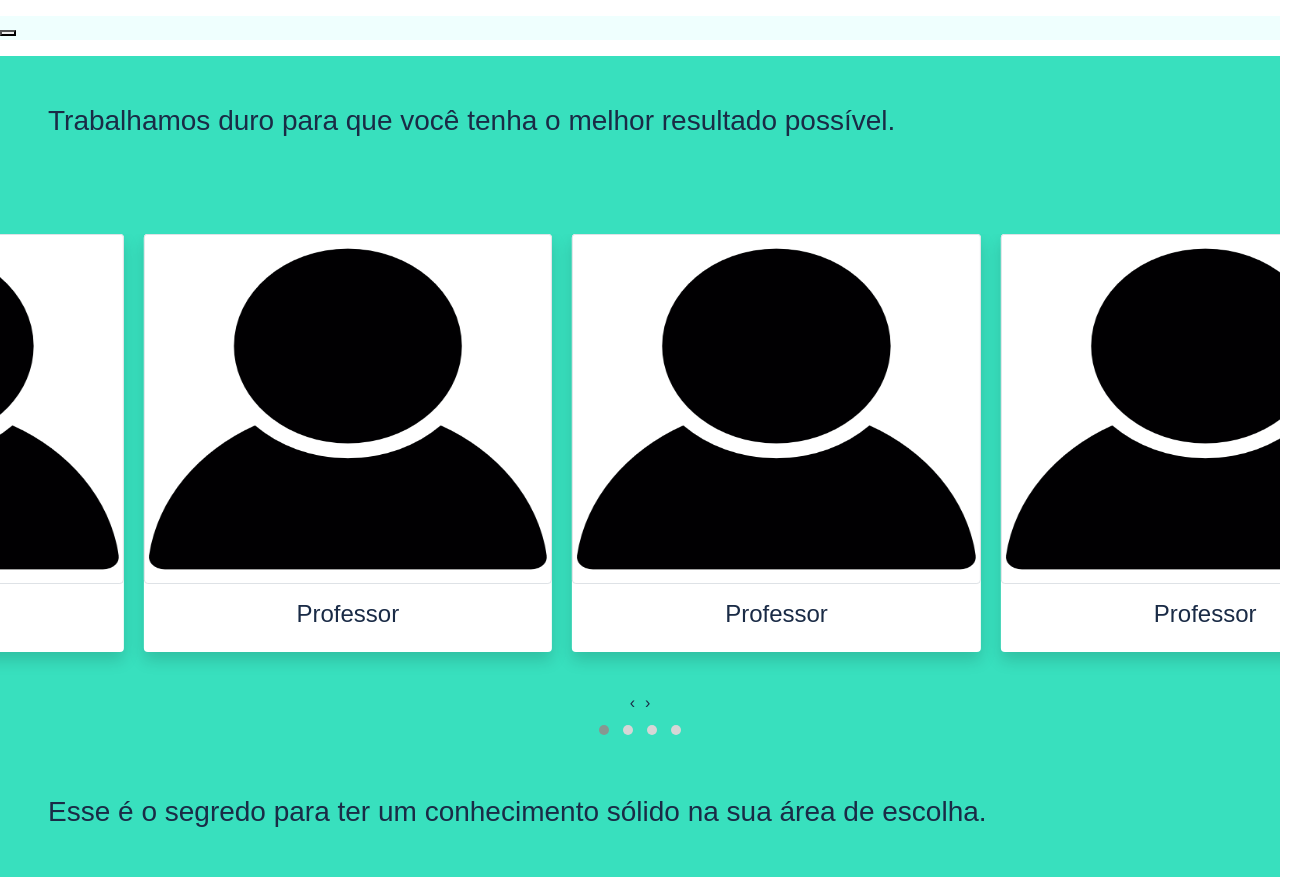
Repository: MarTech-Coders-Planejamento/site-oficial
Page: home.html
These files come from the project's save history. The page is drawn as it stood at one moment and after the next save; the edit follows.
The browser window is 1280 px wide. The page is 1292 px wide, so the pictures cover 1292 px, including what lies to the right of the window. The pictures show the whole page.
Some web fonts or font styles are not loaded; a fallback is used.

Above is the page before, as saved 2021-10-22 23:59:06.

### home.html
<!DOCTYPE html>
<html lang="pt-BR">
  <head>
    <meta charset="UTF-8" />
    <meta http-equiv="X-UA-Compatible" content="IE=edge" />
    <meta name="viewport" content="width=device-width, initial-scale=1.0" />
    <!--Fonts Google-->
    <link
      href="https://fonts.googleapis.com/css2?family=Tomorrow:wght@300;400;700&display=swap"
      rel="stylesheet"
    />

    <!-- Bootstrap CSS -->
    <link
      href="https://cdn.jsdelivr.net/npm/bootstrap@5.1.2/dist/css/bootstrap.min.css"
      rel="stylesheet"
      integrity="sha384-uWxY/CJNBR+1zjPWmfnSnVxwRheevXITnMqoEIeG1LJrdI0GlVs/9cVSyPYXdcSF"
      crossorigin="anonymous"
    />

    <!-- Styles -->
    <link rel="stylesheet" href="./css/home.css" />
    <link
      rel="stylesheet"
      href="https://cdnjs.cloudflare.com/ajax/libs/OwlCarousel2/2.3.4/assets/owl.carousel.min.css"
      integrity="sha512-tS3S5qG0BlhnQROyJXvNjeEM4UpMXHrQfTGmbQ1gKmelCxlSEBUaxhRBj/EFTzpbP4RVSrpEikbmdJobCvhE3g=="
      crossorigin="anonymous"
    />
    <link
      rel="stylesheet"
      href="https://cdnjs.cloudflare.com/ajax/libs/OwlCarousel2/2.3.4/assets/owl.theme.default.min.css"
      integrity="sha512-sMXtMNL1zRzolHYKEujM2AqCLUR9F2C4/05cdbxjjLSRvMQIciEPCQZo++nk7go3BtSuK9kfa/s+a4f4i5pLkw=="
      crossorigin="anonymous"
    />

    <title>Home</title>
  </head>
  <body>
    <div class="container-fluid">
      <!--cabeçalho fluido-->
      <header>
        <nav></nav>
      </header>
      <main>
        <section class="bg-one">
          <!--dobra1-->
          <article>
            <header></header>
            <h1></h1>
            <p></p>
            <figure></figure>
            <button></button>
          </article>
        </section>
        <section class="bg-two">
          <!--dobra2-->
          <article>
            <h2></h2>
            <p></p>
            <figure></figure>
          </article>
        </section>
        <section class="bg-one">
          <!--dobra3-->
          <article>
            <header></header>
            <p></p>
            <figure></figure>
          </article>
        </section>
        <section class="bg-two">
          <!--dobra4-->
          <p class='h3 p-5 '>
            Trabalhamos duro para que você tenha o melhor resultado possível.
          </p>
          <div class="row mt-5">
            <div id='slider-container' class="col-12">
              <div class="owl-carousel owl-theme">
                <div class="item mb-4">
                  <div class="card border-0 shadow">
                    <img src="/image/person.png" alt="" class="card-img-top img-thumbnail" />
                    <div class="card-body">
                      <div class="card-title text-center">
                        <h4>Professor</h4>
                      </div>
                    </div>
                  </div>
                </div>

                <div class="item">
                  <div class="card border-0 shadow">
                    <img src="/image/person.png" alt="" class="card-img-top img-thumbnail" />
                    <div class="card-body">
                      <div class="card-title text-center">
                        <h4>Professor</h4>
                      </div>
                    </div>
                  </div>
                </div>
                <div class="item">
                  <div class="card border-0 shadow">
                    <img src="/image/person.png" alt="" class="card-img-top img-thumbnail" />
                    <div class="card-body">
                      <div class="card-title text-center">
                        <h4>Professor</h4>
                      </div>
                    </div>
                  </div>
                </div>
                <div class="item">
                  <div class="card border-0 shadow">
                    <img src="/image/person.png" alt="" class="card-img-top img-thumbnail" />
                    <div class="card-body">
                      <div class="card-title text-center">
                        <h4>Professor</h4>
                      </div>
                    </div>
                  </div>
                </div>
                <div class="item">
                  <div class="card border-0 shadow">
                    <img src="/image/person.png" alt="" class="card-img-top img-thumbnail" />
                    <div class="card-body">
                      <div class="card-title text-center">
                        <h4>Professor</h4>
                      </div>
                    </div>
                  </div>
                </div>
                <div class="item">
                  <div class="card border-0 shadow">
                    <img src="/image/person.png" alt="" class="card-img-top img-thumbnail" />
                    <div class="card-body">
                      <div class="card-title text-center">
                        <h4>Professor</h4>
                      </div>
                    </div>
                  </div>
                </div>
                <div class="item">
                  <div class="card border-0 shadow">
                    <img src="/image/person.png" alt="" class="card-img-top img-thumbnail" />
                    <div class="card-body">
                      <div class="card-title text-center">
                        <h4>Professor</h4>
                      </div>
                    </div>
                  </div>
                </div>
                <div class="item">
                  <div class="card border-0 shadow">
                    <img src="/image/person.png" alt="" class="card-img-top img-thumbnail" />
                    <div class="card-body">
                      <div class="card-title text-center">
                        <h4>Professor</h4>
                      </div>
                    </div>
                  </div>
                </div>
                <div class="item">
                  <div class="card border-0 shadow">
                    <img src="/image/person.png" alt="" class="card-img-top img-thumbnail" />
                    <div class="card-body">
                      <div class="card-title text-center">
                        <h4>Professor</h4>
                      </div>
                    </div>
                  </div>
                </div>
                <div class="item">
                  <div class="card border-0 shadow">
                    <img src="/image/person.png" alt="" class="card-img-top img-thumbnail" />
                    <div class="card-body">
                      <div class="card-title text-center">
                        <h4>Professor</h4>
                      </div>
                    </div>
                  </div>
                </div>
                <div class="item">
                  <div class="card border-0 shadow">
                    <img src="/image/person.png" alt="" class="card-img-top img-thumbnail" />
                    <div class="card-body">
                      <div class="card-title text-center">
                        <h4>Professor</h4>
                      </div>
                    </div>
                  </div>
                </div>
                <div class="item">
                  <div class="card border-0 shadow">
                    <img src="/image/person.png" alt="" class="card-img-top img-thumbnail" />
                    <div class="card-body">
                      <div class="card-title text-center">
                        <h4>Professor</h4>
                      </div>
                    </div>
                  </div>
                </div>
              </div>
            </div>
          </div>
          <p class='h3 p-5 '>
            Esse é o segredo para ter um conhecimento sólido na sua área de
            escolha.
          </p>
        </section>
      </main>

      <footer class="bg-one">
        <!--footer-->
        <article></article>
        <p></p>
      </footer>
    </div>

    <!-- Owl Carousel -->

    <script src="https://cdnjs.cloudflare.com/ajax/libs/jquery/3.6.0/jquery.min.js"></script>

    <!-- Bootstrap Bundle javascript -->
    <script
      src="https://cdn.jsdelivr.net/npm/bootstrap@5.1.2/dist/js/bootstrap.bundle.min.js"
      integrity="sha384-kQtW33rZJAHjgefvhyyzcGF3C5TFyBQBA13V1RKPf4uH+bwyzQxZ6CmMZHmNBEfJ"
      crossorigin="anonymous"
    ></script>

    <!-- Owl Carousel -->

    <script
      src="https://cdnjs.cloudflare.com/ajax/libs/OwlCarousel2/2.3.4/owl.carousel.min.js"
      integrity="sha512-bPs7Ae6pVvhOSiIcyUClR7/q2OAsRiovw4vAkX+zJbw3ShAeeqezq50RIIcIURq7Oa20rW2n2q+fyXBNcU9lrw=="
      crossorigin="anonymous"
    ></script>

    <!-- Slider -->

    <script>
      $(".owl-carousel").owlCarousel({
        loop: true,
        autoplay: true,
        stagePadding: 7,
        margin: 20,
        animateOut: "fadeOut",
        animateIn: "fadeIn",
        nav: true,
        autoplayHoverPause: true,
        responsive: {
          0: {
            items: 1,
            nav:false
          },
          600: {
            items: 2,
            nav:false,
          },
          1000: {
            items: 3,
            nav: true,
            loop: false
          },
        },
      });
    </script>
  </body>
</html>

### css/home.css
:root {
  --bg: #effffe;
  --bg2: #38e0be;
  --texto: #1a2b46;
}
* {
  font-family: "Tomorrow", sans-serif;
}

.container-fluid {
  padding-right: 0;
  padding-left: 0;
  margin-right: auto;
  margin-left: auto;
}

.bg-one {
  background-color: var(--bg);
  color: var(--texto);
}
.bg-two {
  background-color: var(--bg2);
  color: var(--texto);
}

.item img{
  height: 350px;
}

.owl-stage{
  padding: 0;
  width: 100vw;
}

After the next save:
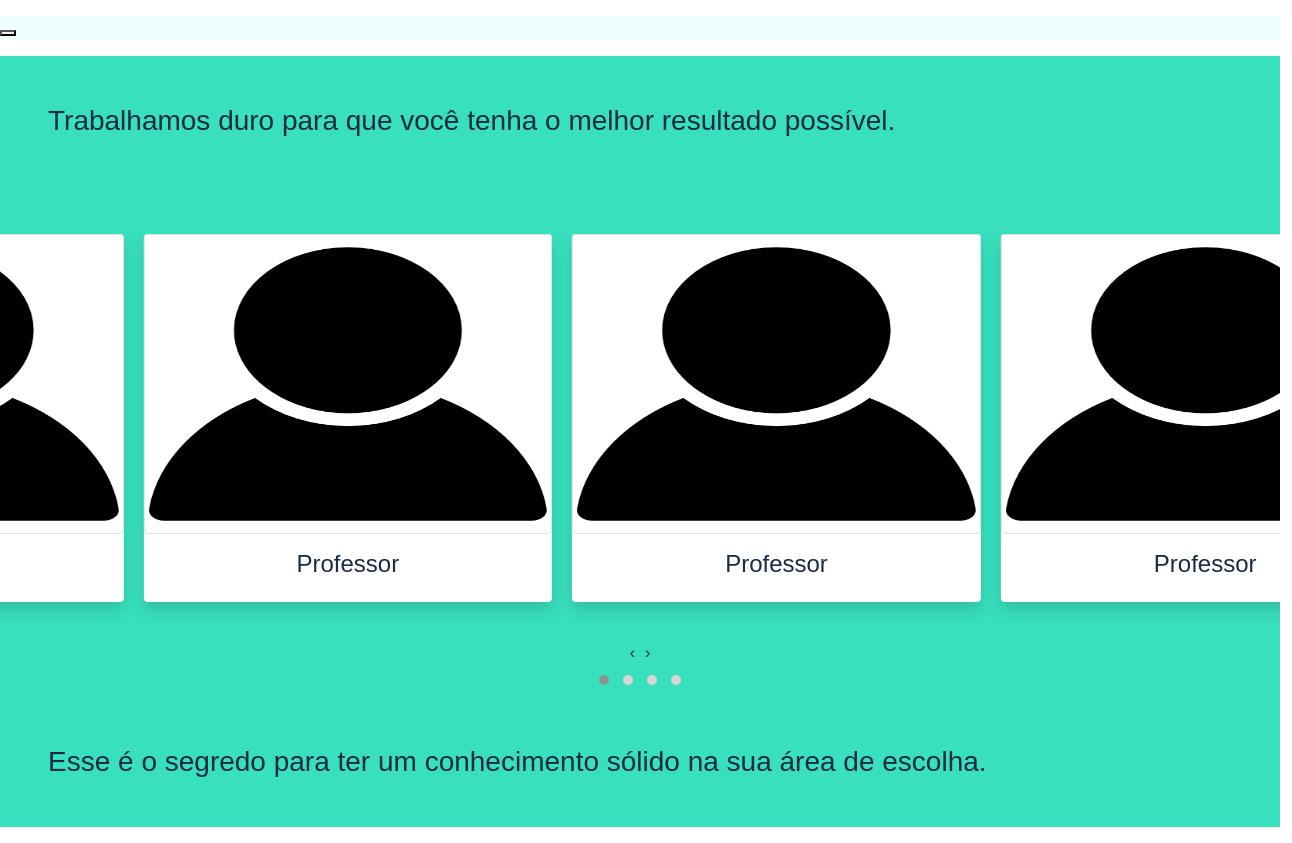
Saved 8 s later.
--- a/css/home.css
+++ b/css/home.css
@@ -24,7 +24,7 @@
 }
 
 .item img{
-  height: 350px;
+  height: 300px;
 }
 
 .owl-stage{
